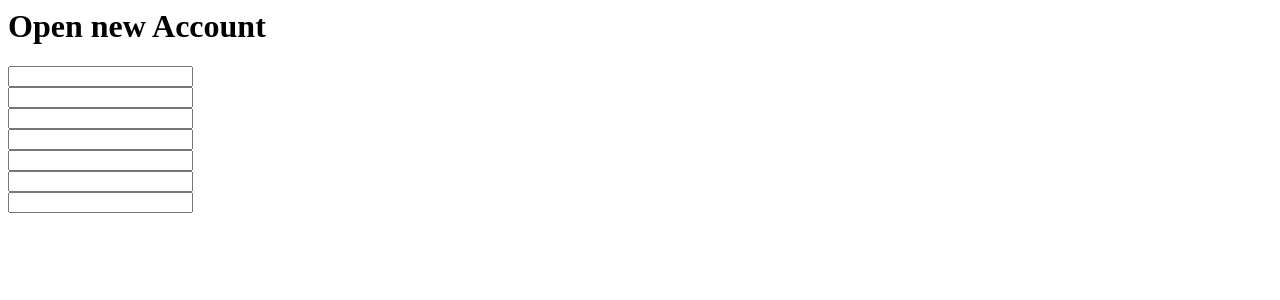
Repository: juanluispachecor/tasks
Page: http://localhost/ahitask/oldnewhome
The author's editor kept a copy of each file at every save. The page is drawn from the files as they stood at one save, then again after the next save.
The browser window is 1280 px wide. The pictures show the whole page.
The page is served by Tomcat 9.

Above is the page before, as saved 2015-08-04 19:56:45.

After the next save:
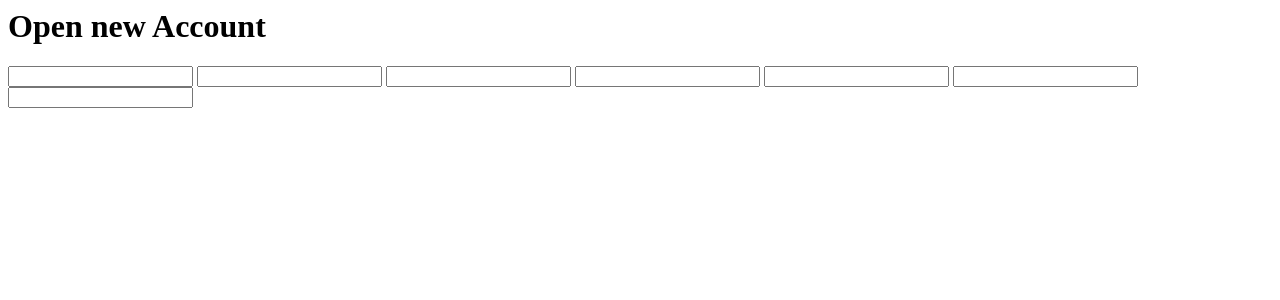
Saved 40 s later.
--- a/code/ahitask/src/main/webapp/WEB-INF/views/home.jsp
+++ b/code/ahitask/src/main/webapp/WEB-INF/views/home.jsp
@@ -9,27 +9,20 @@
 
 	<P>
 	<form action="newAccount" method="POST">
-		<div>
+
 			<input type="text" name="name"/>
-		</div>
-		<div>
+
 			<input type="text" name="secondName"/>
-		</div>
-		<div>
+
 			<input type="text" name="lastName"/>
-		</div>
-		<div>
+
 			<input type="email" name="email"/>
-		</div>
-		<div>
+
 			<input type="password" name="pass"/>
-		</div>
-		<div>
+
 			<input type="tel" name="phone"/>
-		</div>
-		<div>
 			<input type="text" name="company"/>
-		</div>
+
 	</form>
 	</P>
 </body>

After the 2 saves that followed:
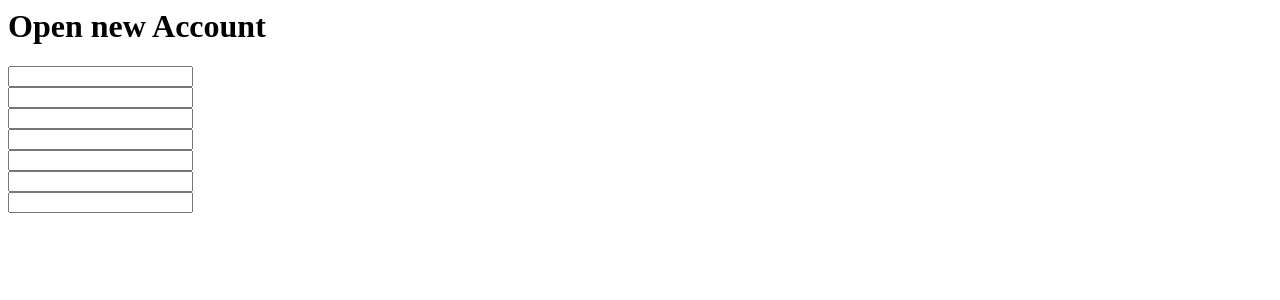
The 2 saves are shown as one change because 1 left the picture as it was.
The last was saved 72 s later.
--- a/code/ahitask/src/main/webapp/WEB-INF/views/home.jsp
+++ b/code/ahitask/src/main/webapp/WEB-INF/views/home.jsp
@@ -7,23 +7,30 @@
 <body>
 	<h1>Open new Account</h1>
 
-	<P>
-	<form action="newAccount" method="POST">
-
-			<input type="text" name="name"/>
-
-			<input type="text" name="secondName"/>
-
-			<input type="text" name="lastName"/>
-
-			<input type="email" name="email"/>
-
-			<input type="password" name="pass"/>
-
-			<input type="tel" name="phone"/>
-			<input type="text" name="company"/>
-
-	</form>
-	</P>
+	<div>
+		<form action="newAccount" method="POST">
+			<div>
+				<input type="text" name="name" />
+			</div>
+			<div>
+				<input type="text" name="secondName" />
+			</div>
+			<div>
+				<input type="text" name="lastName" />
+			</div>
+			<div>
+				<input type="email" name="email" />
+			</div>
+			<div>
+				<input type="password" name="pass" />
+			</div>
+			<div>
+				<input type="tel" name="phone" />
+			</div>
+			<div>
+				<input type="text" name="company" />
+			</div>
+		</form>
+	</div>
 </body>
 </html>
